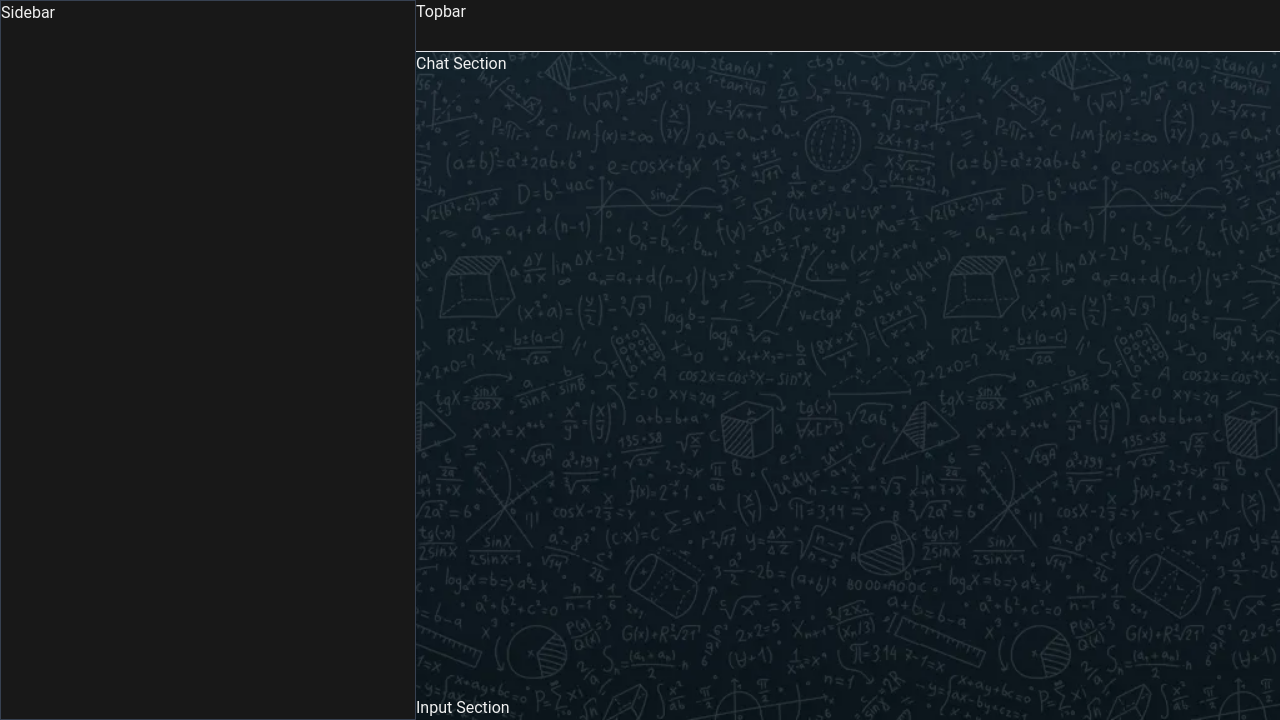
Repository: Qu4ntumGuy/telegram-clone
Page: /
These files come from the project's save history. The page is drawn as it stood at one moment and after the next save; the edit follows.
The browser window is 1280 px wide. The pictures show the whole page.
The project was rebuilt for these pictures with package versions that can differ from the ones it lists, and the page was loaded fresh each time. Also part of the build but not shown: src/Utils/ContextProvider.js.

Above is the page before, as saved 2024-07-15 11:39:45.

### src/index.css
@tailwind base;
@tailwind components;
@tailwind utilities;

:root {
  font-family: "Roboto", sans-serif;
  color-scheme: light;
  body {
    @apply bg-[#181818] text-[#f0f0f0];
  }
}
/*
:root {
  @apply bg-[#181818];
} */

### src/App.js
import { Routes, BowserRouter, Route } from "react-router-dom";
import Sidebar from "./Components/Sidebar";
import Home from "./Pages/Home/Home";

function App() {
  return (
    <div className="flex max-w-[105rem] mx-auto">
      <Sidebar />

      <Home />
    </div>
  );
}

export default App;

### src/Components/Sidebar.js
import React from "react";
import { useComponentContext } from "../Utils/ContextProvider";

function Sidebar() {
  const context = useComponentContext();
  return (
    <div className="min-w-[26rem] border border-gray-700 h-screen">Sidebar</div>
  );
}

export default Sidebar;

### src/Pages/Home/Home.js
import React from "react";
import backgroundImage from "../../Assets/Desktop.webp";

function Home() {
  const image =
    "https://blog.1a23.com/wp-content/uploads/sites/2/2020/02/pattern_02-150x150.png";

  //   const divStyle = {
  //     width: "100%",
  //     height: "100vh", // Adjust the height as needed
  //     backgroundImage: `url(${backgroundImage})`,
  //     backgroundSize: "cover", // Ensures the image covers the entire div
  //     backgroundPosition: "center", // Centers the image
  //   };
  return (
    <div
      className="flex flex-col justify-center bg-cover h-screen w-full "
      style={{ backgroundImage: `url(${backgroundImage})` }}
    >
      <div className="top-0 mb-auto h-14 border-b  bg-[#181818]">Topbar</div>
      <div className="flex flex-col h-full">
        <div className="top-0">Chat Section</div>
        <div className="bottom-0 mt-auto">Input Section</div>
      </div>
    </div>
  );
}

export default Home;

Loaded but not shown: public/index.html (common file); src/index.js (common file); src/reportWebVitals.js (common file); tailwind.config.js (common file)

After the next save:
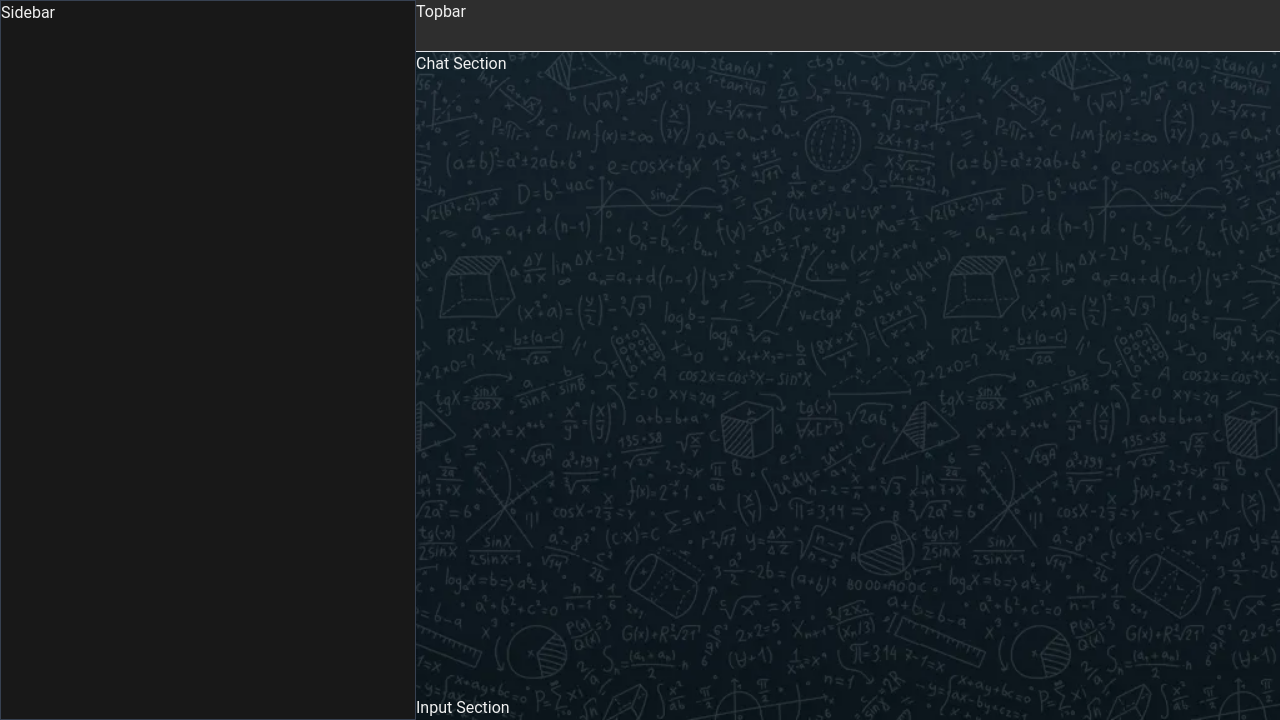
Saved 7 s later.
--- a/src/Pages/Home/Home.js
+++ b/src/Pages/Home/Home.js
@@ -17,7 +17,7 @@ function Home() {
       className="flex flex-col justify-center bg-cover h-screen w-full "
       style={{ backgroundImage: `url(${backgroundImage})` }}
     >
-      <div className="top-0 mb-auto h-14 border-b  bg-[#181818]">Topbar</div>
+      <div className="top-0 mb-auto h-14 border-b  bg-[#2e2e2e]">Topbar</div>
       <div className="flex flex-col h-full">
         <div className="top-0">Chat Section</div>
         <div className="bottom-0 mt-auto">Input Section</div>
